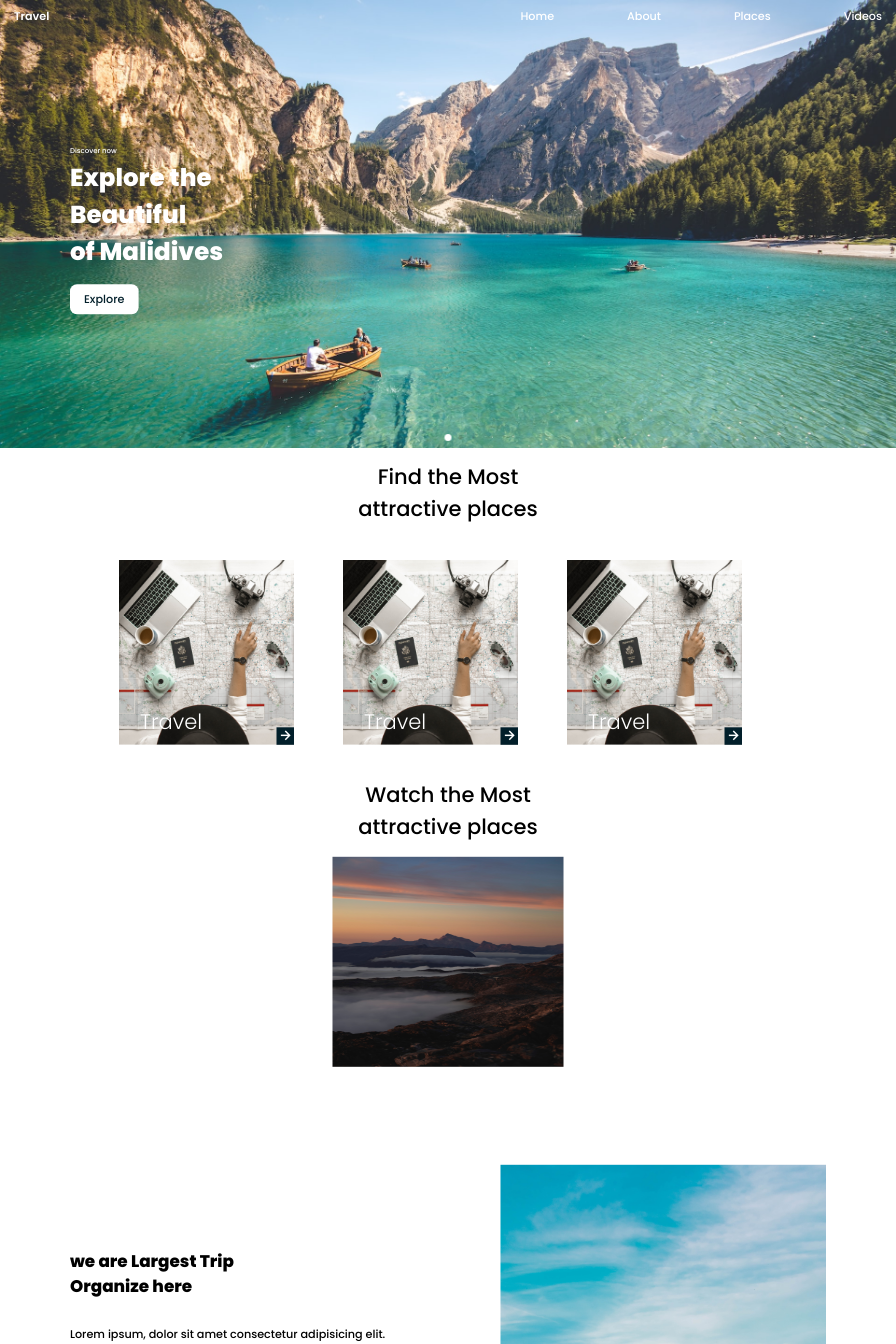
Repository: OmniaRafat232111121/Traveling
Page: index.html
The author's editor kept a copy of each file at every save. The page is drawn from the files as they stood at one save, then again after a run of saves.
The browser window is 1280 px wide. The pictures show the part of the page from y = 0 to 1920 px (the page is 2833 px tall), at 70% of full size.

Above is the page before, as saved 2022-12-20 13:28:24.

After the next 2 saves:
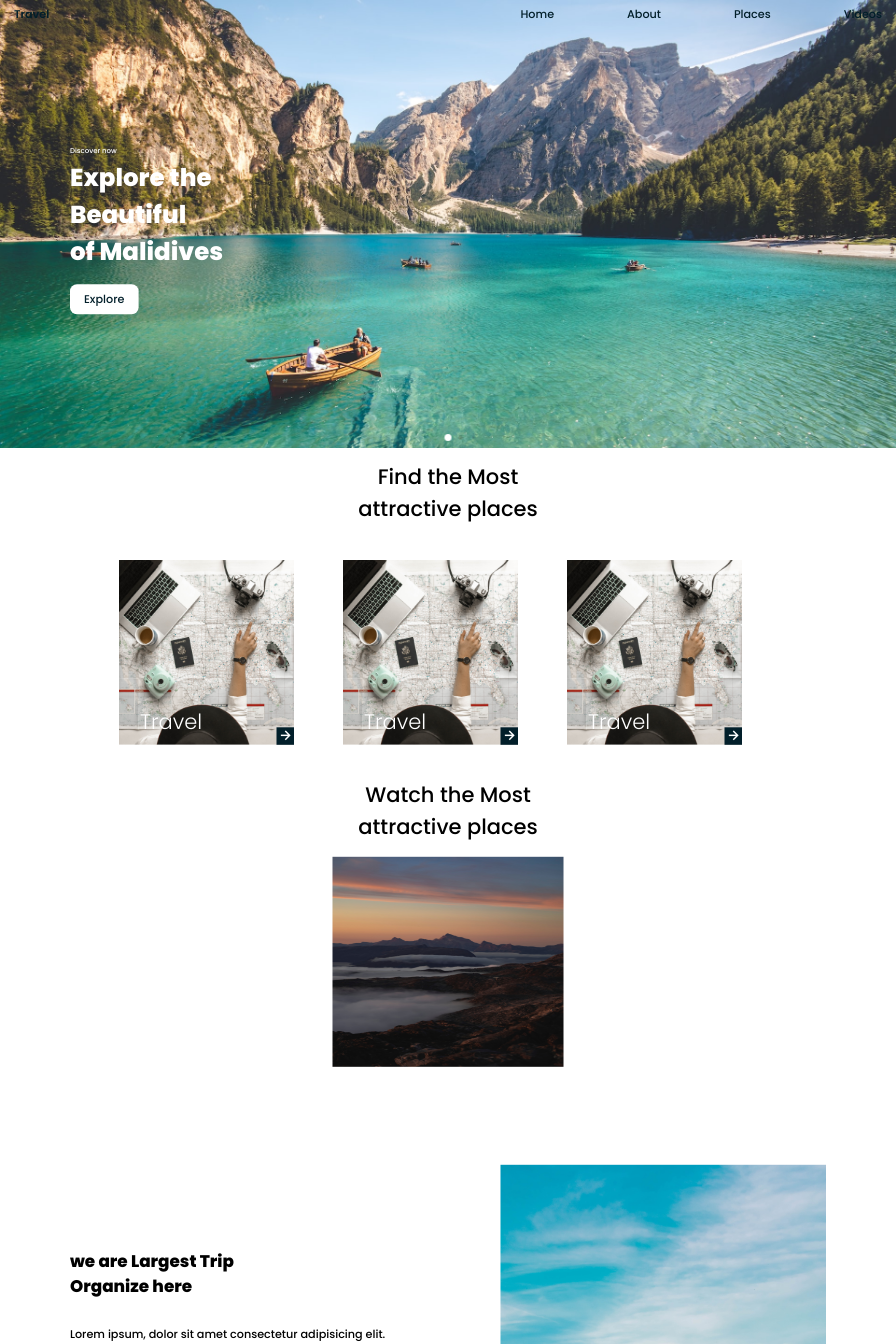
The 2 saves are shown as one change because they came seconds apart.
The last was saved 19 s later.
--- a/css/style.css
+++ b/css/style.css
@@ -35,14 +35,14 @@ header.shadow{
     box-shadow: 0 0 4px rgb(14 55 54 / 15%);
 
 }
-header .shadow .logo a{
+header  .logo a{
  color:#021f2a;
 position: relative;
 top:-2px;
 
 
 }
-header .shadow  nav ul li a{
+header  nav ul li a{
  color:#021f2a;
 position: relative;
 top:-2px;
